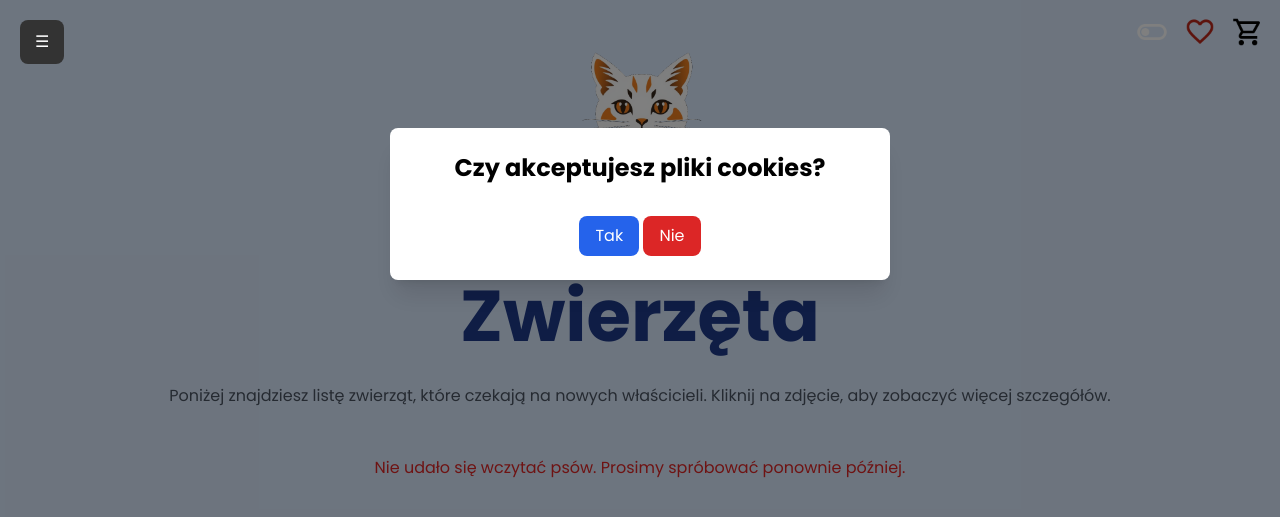
Repository: JMatuszczakk/CWLBD
Page: frontend_public/index.html
An editor plug-in stored every save of this project. The page is shown before and after the next save, followed by the edit.
The browser window is 1280 px wide. The pictures show the whole page.
The page's requests for data from a server got no answer. Some web libraries are served in a nearby version.

Above is the page before, as saved 2025-02-07 23:06:02.
Console error: ReferenceError: scrollFunction is not defined

After the next save:
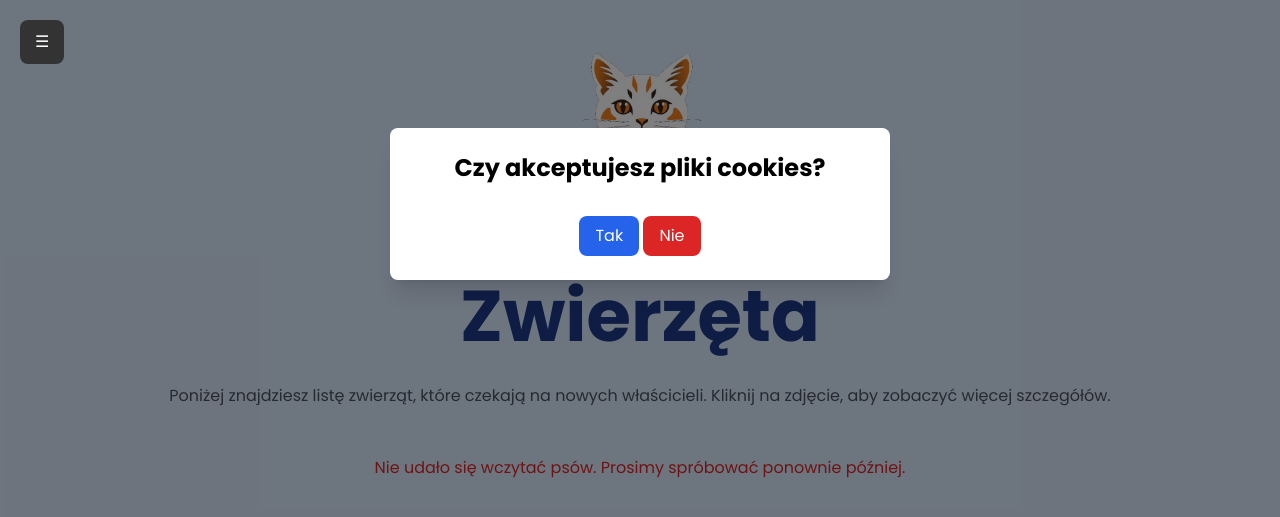
The error is gone.
Saved 5 min 5 s later.
--- a/frontend_public/index.html
+++ b/frontend_public/index.html
@@ -567,6 +567,18 @@
         document.getElementById("navbar").style.top = "0"
 
     </script>
+    <script>
+        let prevScrollpos = window.pageYOffset;
+        window.onscroll = () => {
+            const currentScrollPos = window.pageYOffset;
+            if (prevScrollpos > currentScrollPos) {
+                document.getElementById("navbar").style.top = "0";
+            } else {
+                document.getElementById("navbar").style.top = "-50px";
+            }
+            prevScrollpos = currentScrollPos;
+        };
+    </script>
 </body>
 
 </html>
